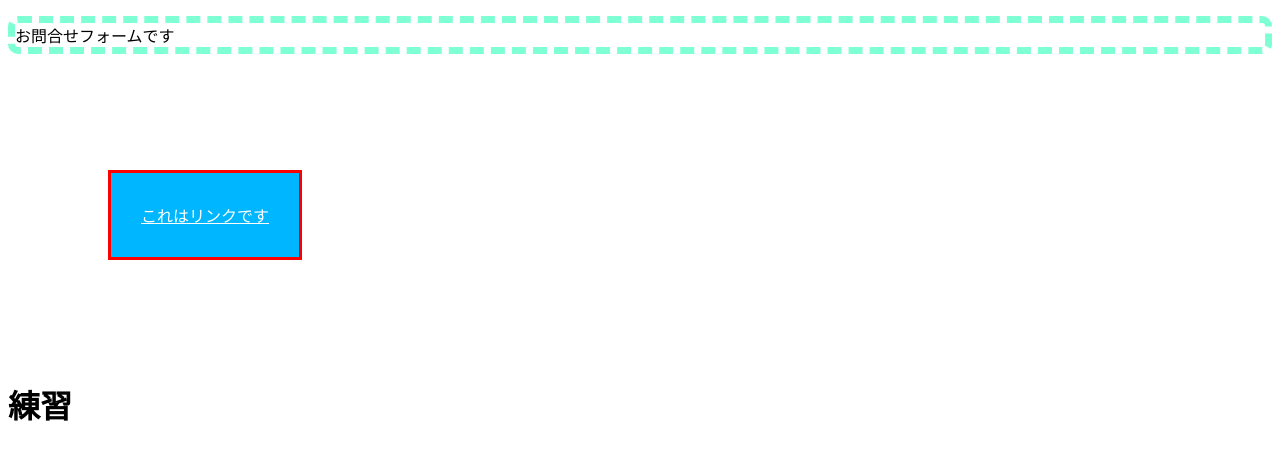
Repository: Jutta197/frontend726
Page: css_ex/box_model/index.html
The author's editor kept a copy of each file at every save. The page is drawn from the files as they stood at one save, then again after the next save.
The browser window is 1280 px wide. The pictures show the whole page.

Above is the page before, as saved 2023-07-28 14:49:47.

After the next save:
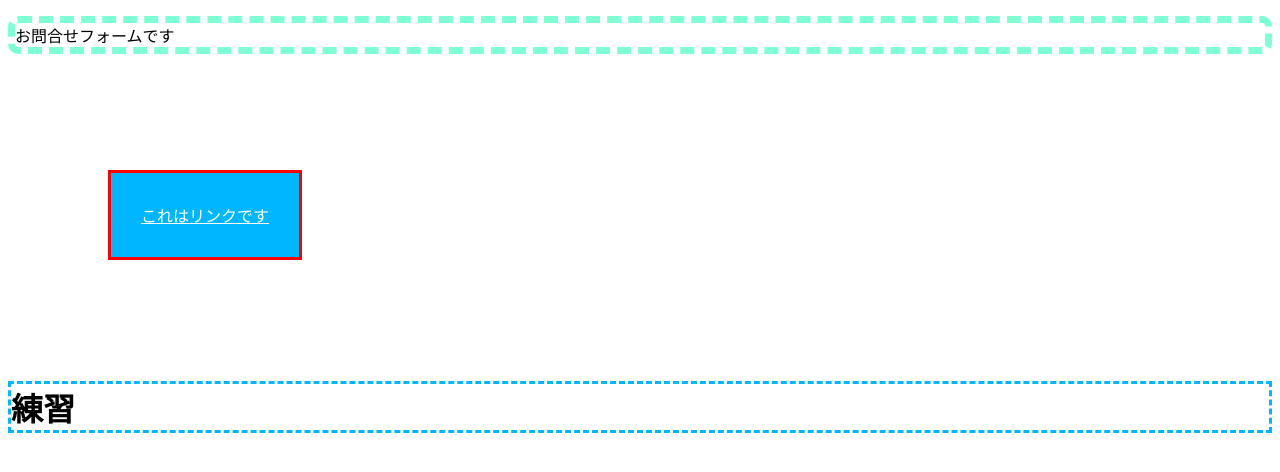
Saved 65 s later.
--- a/css_ex/box_model/style.css
+++ b/css_ex/box_model/style.css
@@ -14,5 +14,8 @@ p {
 
     border-color: aquamarine;
     border-radius: 10px;
+}
 
+h1 {
+    border: 3px dashed rgb(0, 183, 255);
 }
